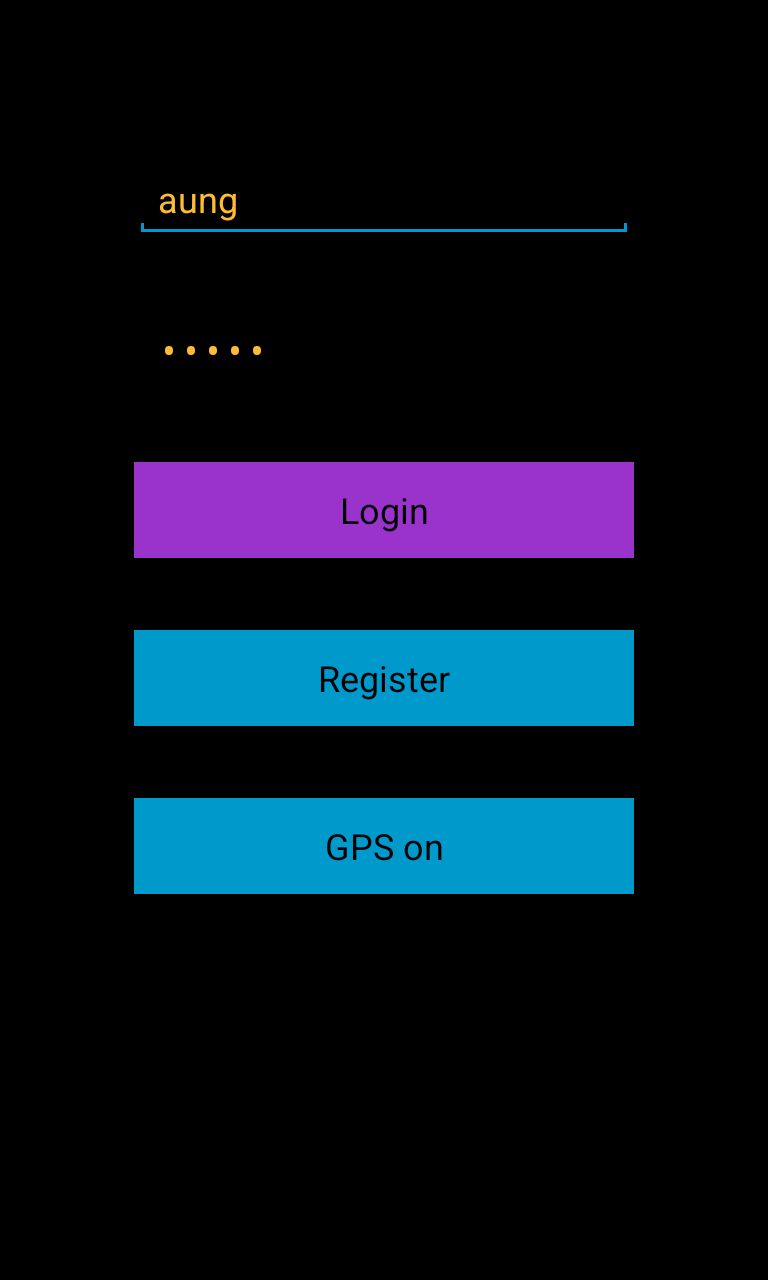
Repository: AungWinnHtut/projAndroid
Layout: com.engineer4myanmar.json.MainActivity/res/layout/activity_main.xml
These files come from the project's save history. The layout is drawn as it stood at one moment and after the next save; the edit follows.
It is drawn on a 768 x 1280 px phone screen (xhdpi) without system bars, with theme AppTheme; the app's code is not run.

Above is the layout before, as saved 2015-08-30 00:25:33.

### com.engineer4myanmar.json.MainActivity/res/layout/activity_main.xml
<LinearLayout xmlns:android="http://schemas.android.com/apk/res/android"
    xmlns:tools="http://schemas.android.com/tools"
    android:layout_width="match_parent"
    android:layout_height="match_parent"
    android:orientation="vertical"
    android:background="#000">




    <EditText
        android:id="@+id/etUsername"
        android:layout_width="250dp"
        android:layout_height="wrap_content"
        android:layout_gravity="center"
        android:layout_marginTop="80dp"
        android:textColor="#ffbb33"
        android:hint="Enter Username Here"
        android:text="aung"
        android:ems="10" >
        <requestFocus />
    </EditText>

    <EditText
        android:id="@+id/etPassword"
        android:layout_width="250dp"
        android:layout_height="wrap_content"
        android:layout_gravity="center"
        android:layout_marginTop="36dp"
        android:textColor="#ffbb33"
        android:hint="Enter Password Here"
        android:inputType="textPassword"
        android:text="12345"
        android:ems="10" />

    <Button
        android:id="@+id/btnLogin"
        android:layout_width="250dp"
        android:layout_height="wrap_content"
        android:layout_marginTop="36dp"
        android:layout_gravity="center"
        android:onClick="funLogin"
        android:background="#9933cc"
        android:text="Login" />

    <Button
        android:id="@+id/btnRegister"
       android:layout_width="250dp"
        android:layout_height="wrap_content"
       android:layout_gravity="center"
        android:layout_marginTop="36dp"
        android:onClick="funRegister"
        android:background="#0099cc"
        android:text="Register" />
    <Button
        android:id="@+id/btnGPS"
       android:layout_width="250dp"
        android:layout_height="wrap_content"
       android:layout_gravity="center"
        android:layout_marginTop="36dp"
        android:onClick="funGPSon"
        android:background="#0099cc"
        android:text="GPS on" />

</LinearLayout>

Loaded but not shown: com.engineer4myanmar.json.MainActivity/res/values-v11/styles.xml (common file); com.engineer4myanmar.json.MainActivity/res/values-v14/styles.xml (common file); com.engineer4myanmar.json.MainActivity/res/values/styles.xml (common file)

After the next save:
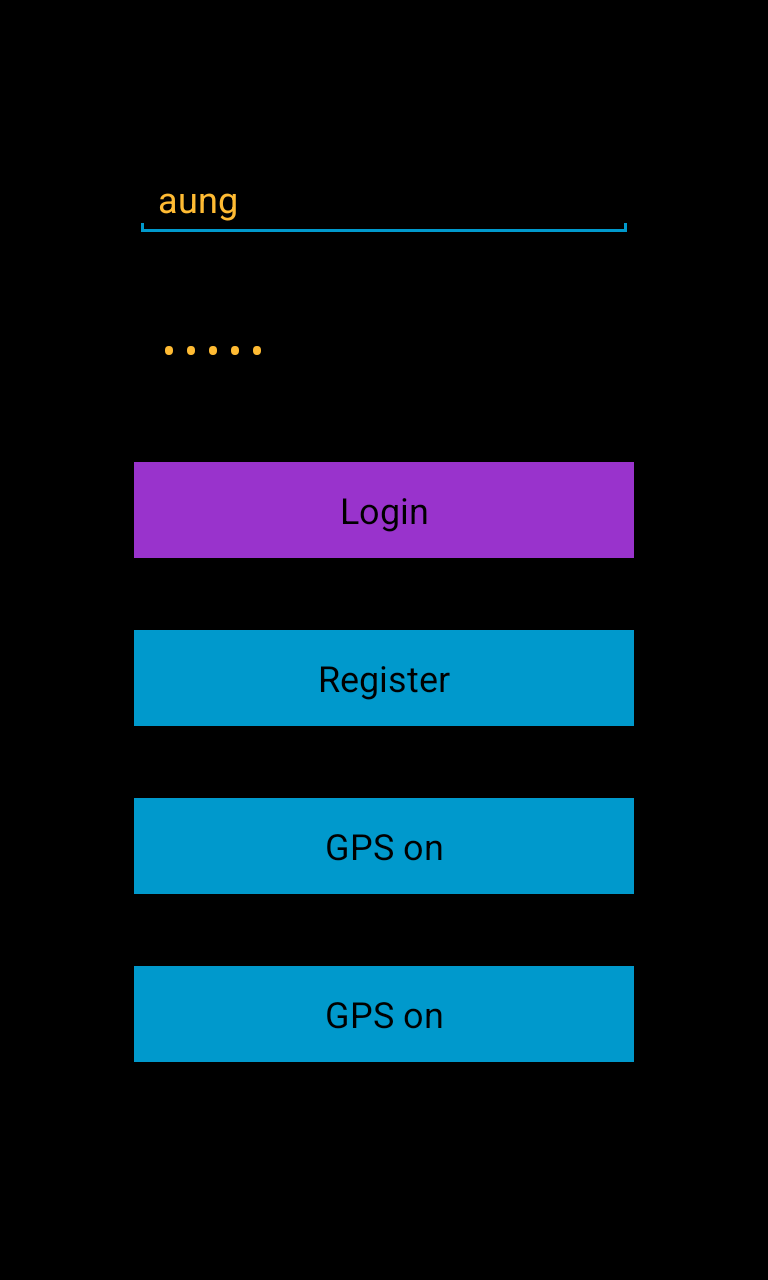
Saved 63 s later.
--- a/com.engineer4myanmar.json.MainActivity/res/layout/activity_main.xml
+++ b/com.engineer4myanmar.json.MainActivity/res/layout/activity_main.xml
@@ -61,5 +61,14 @@
         android:onClick="funGPSon"
         android:background="#0099cc"
         android:text="GPS on" />
+    <Button
+        android:id="@+id/btnGetLoc"
+       android:layout_width="250dp"
+        android:layout_height="wrap_content"
+       android:layout_gravity="center"
+        android:layout_marginTop="36dp"
+        android:onClick="funGetLoc"
+        android:background="#0099cc"
+        android:text="GPS on" />
 
 </LinearLayout>
